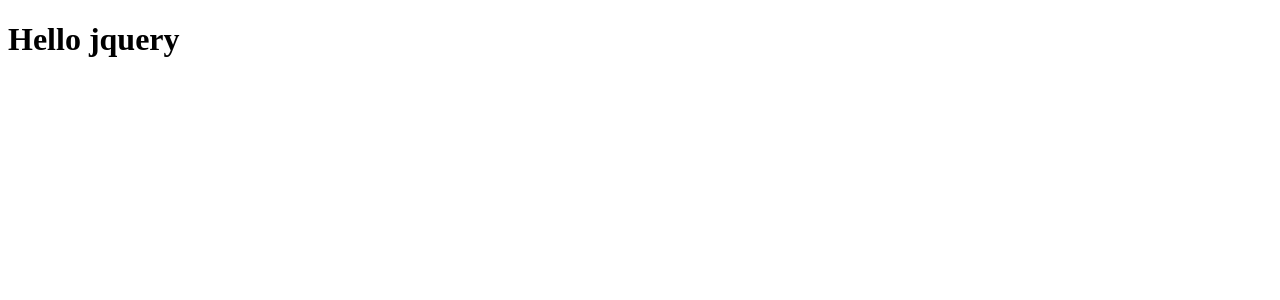
Repository: cdj6995/Web
Page: Lecture-Web/src/main/webapp/jquery/exam02.html
The author's editor kept a copy of each file at every save. The page is drawn from the files as they stood at one save, then again after the next save.
The browser window is 1280 px wide. The pictures show the whole page.

Above is the page before, as saved 2022-05-30 06:05:05.

After the next save:
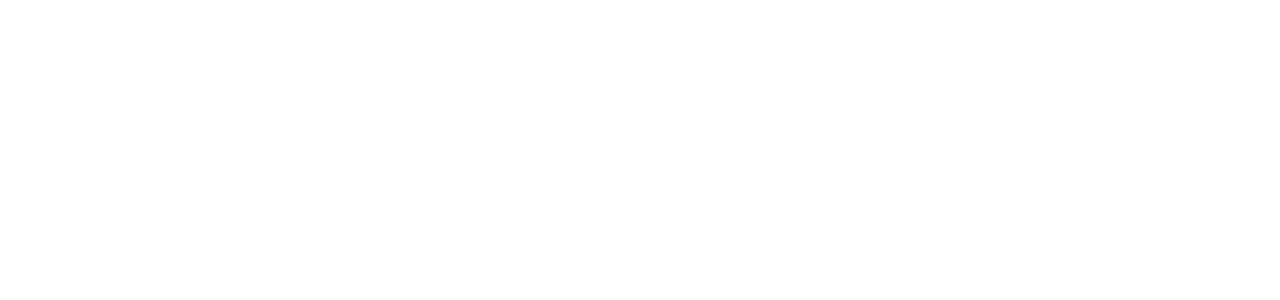
Saved 32 s later.
--- a/Lecture-Web/src/main/webapp/jquery/exam02.html
+++ b/Lecture-Web/src/main/webapp/jquery/exam02.html
@@ -5,7 +5,7 @@
 	<title>Insert title here</title>
 	<style>
 		h1{
-			display : 'none'
+			display:none
 		}
 	</style>
 	<script src="https://code.jquery.com/jquery-3.6.0.js"></script>

After the 4 saves that followed:
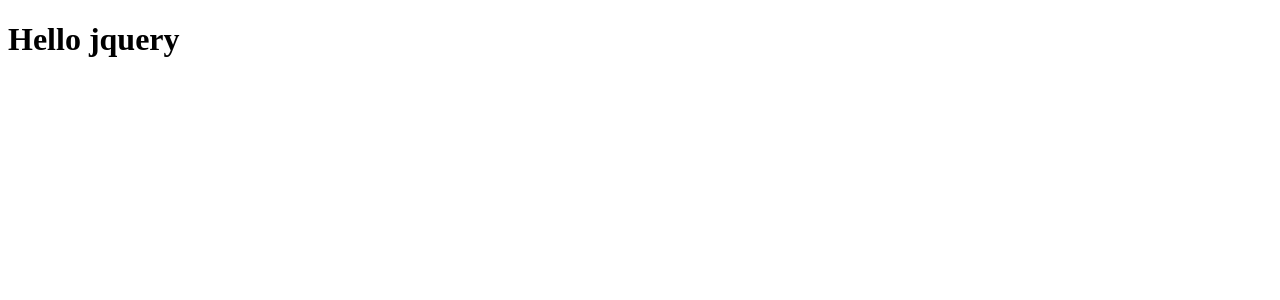
The 4 saves are shown as one change because 3 left the picture as it was.
The last was saved 116 s later.
--- a/Lecture-Web/src/main/webapp/jquery/exam02.html
+++ b/Lecture-Web/src/main/webapp/jquery/exam02.html
@@ -5,13 +5,14 @@
 	<title>Insert title here</title>
 	<style>
 		h1{
-			display:none
+			display : none;
 		}
 	</style>
 	<script src="https://code.jquery.com/jquery-3.6.0.js"></script>
 	<script>
 		$(document).ready(function(){
-
+			let h1Tag = document.querySelector('h1');
+			h1Tag.style.display = 'block';
 		})
 	</script>
 </head>
